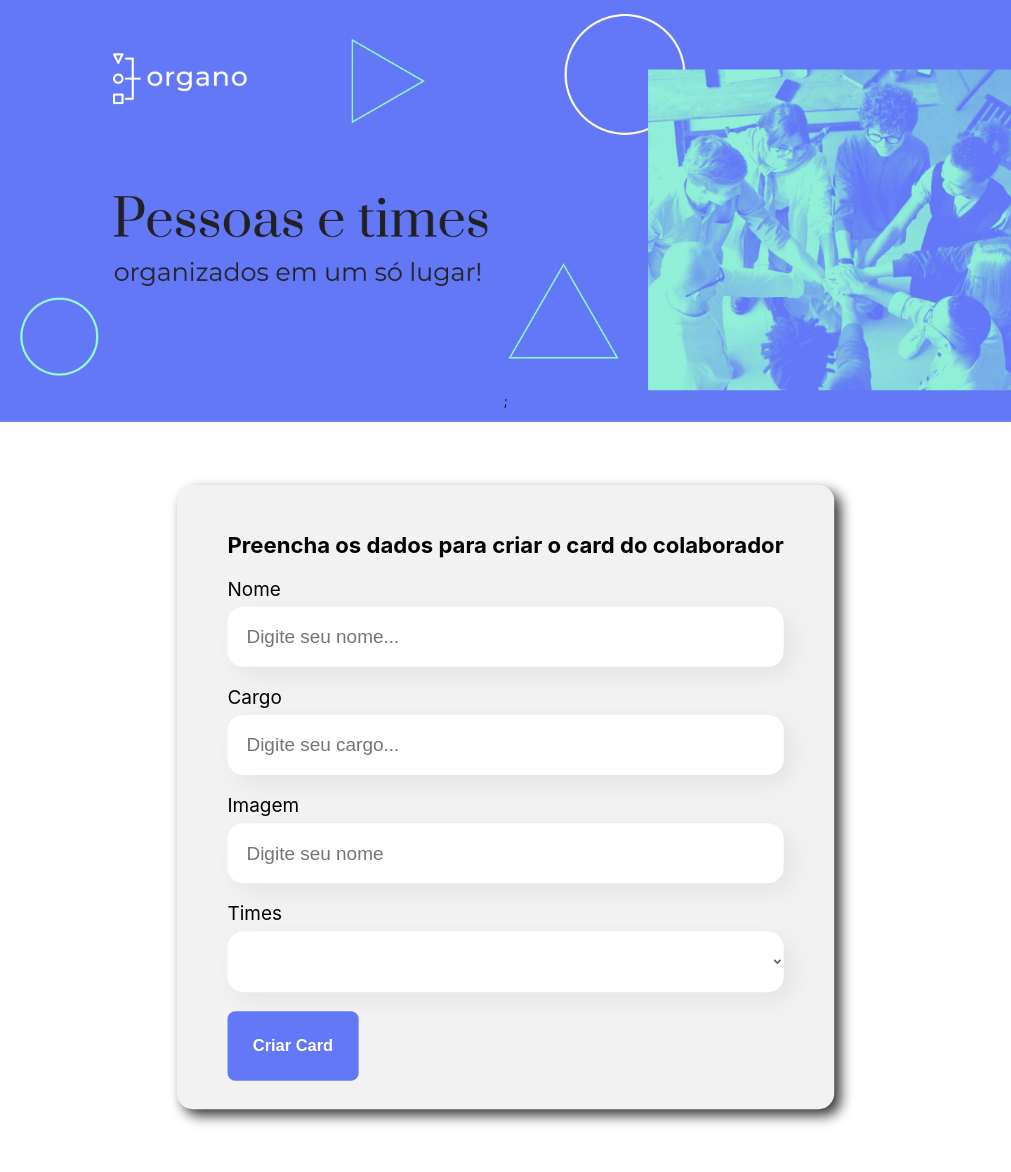
Repository: guilhermecardoso93/organo
Page: /
The author's editor kept a copy of each file at every save. The page is drawn from the files as they stood at one save, then again after the next save.
The browser window is 1280 px wide. The pictures show the whole page, at 79% of full size.
The project was rebuilt for these pictures with package versions that can differ from the ones it lists, and the page was loaded fresh each time.

Above is the page before, as saved 2024-05-26 18:29:47.

### src/App.js
import { Banner } from "./components/Banner";
import { Form } from "./components/Form";

export default function App() {
  return (
    <div>
      <Banner />
      <Form />
    </div>
  );
}

### src/components/Banner/index.js
import BannerBackground from "../../assets/imagens/banner.png";
import "./styles.css";

export function Banner() {
  return (
    <header className="background-banner">
      <img src={BannerBackground} alt="Banner Principal da Página da Orgona" />;
    </header>
  );
}

### src/components/Form/index.js
import { useState } from "react";

import { Button } from "../Button";
import { Input } from "../Input";
import { ListDropDown } from "../ListDropDown";

import "./styles.css";

export function Form() {
  const times = [
    "Programação",
    "Front-End",
    "Data Science",
    "Devops",
    "UX e Design",
    "Mobile",
    " Inovação e Gestão",
  ];

  const [name, setName] = useState("");
  const [cargo, setCargo] = useState("");
  const [imagem, setImagem] = useState("");
  const [teams, setTeams] = useState([]);

  function handleSubmit(event) {
    event.preventDefault();
    console.log(name, cargo, imagem, teams);
  }
  return (
    <section className="form">
      <form onSubmit={handleSubmit}>
        <h2>Preencha os dados para criar o card do colaborador</h2>
        <Input
          label="Nome"
          obrigatorio
          placeholder="Digite seu nome..."
          value={name}
          valueChange={(value) => setName(value)}
        />
        <Input
          label="Cargo"
          obrigatorio
          placeholder="Digite seu cargo..."
          value={cargo}
          valueChange={(value) => setCargo(value)}
        />
        <Input
          label="Imagem"
          obrigatorio
          placeholder="Digite seu nome"
          value={imagem}
          valueChange={(value) => setImagem(value)}
        />
        <ListDropDown
          itens={teams}
          label="Times"
          value={times}
          valueChange={(value) => setTeams(value)}
        />
        <Button> Criar Card</Button>
      </form>
    </section>
  );
}

### src/components/Banner/styles.css
.background-banner {
  background-color: #6278f7;
  text-align: center;
  padding-bottom: 1rem;
}

.background-banner img {
  max-width: 100%;
}

### src/components/Button/index.js
import "./styles.css";

export function Button(props) {
  return <button>{props.children}</button>;
}

### src/components/Input/index.js
import "./styles.css";

export function Input({ label, placeholder, obrigatorio, value, valueChange }) {
  function handleTap(event) {
    valueChange(event.target.value);
  }

  return (
    <div className="campo-texto">
      <label>{label}</label>
      <input
        placeholder={placeholder}
        required={obrigatorio}
        onChange={handleTap}
        value={value}
      />
    </div>
  );
}

### src/components/ListDropDown/index.js
import "./styles.css";

export function ListDropDown({ label, itens, value, valueChange,required }) {
  return (
    <div className='list-dropdown'>
      <label>{label}</label>
      <select
        required={required}
        value={value}
        onChange={event => valueChange(event.target.value)}
      >
        {itens.map((item, index) => {
          return <option key={index}>{item}</option>;
        })}
      </select>
    </div>
  );
}

### src/components/Form/styles.css
.form {
  display: flex;
  justify-content: center;
  margin: 80px 0;
}

.form form {
  max-width: 80%;
  background-color: #f2f2f2;
  border-radius: 20px;
  padding: 36px 64px;
  box-shadow: 8px 8px 16px rgba(0,0,0, 0.8);
}

h2 {
  font-size: 1.75rem;
}

### src/components/Button/styles.css
button {
  background-color: #6278f7;
  color: white;
  border: none;
  border-radius: 10px;
  font-size: 1.3rem;
  font-weight: bold;
  padding: 32px;
  cursor: pointer;
}

button:hover {
  background-color: white;
  color: #6278f7;
  border: 4px solid #6278f7;
  padding: 28px;
}

### src/components/Input/styles.css
.campo-texto {
  display: flex;
  flex-direction: column;
  margin: 24px 0;
}

.campo-texto label {
  display: block;
  margin-bottom: 8px;
  font-size: 24px;
  font-weight: semi-bold;
}

.campo-texto input {
  background-color: #fff;
  box-shadow: 10px 10px 30px rgba(0, 0, 0, 0.06);
  width: 100%;
  border: none;
  font-size: 24px;
  padding: 24px;
  box-sizing: border-box;
  border-radius: 20px;
}

### src/components/ListDropDown/styles.css
.list-dropdown {
  display: flex;
  flex-direction: column;
  margin: 24px 0;
}

.list-dropdown label {
  display: block;
  margin-bottom: 8px;
  font-size: 24px;
  font-weight: semi-bold;
}

.list-dropdown select {
  background-color: #fff;
  box-shadow: 10px 10px 30px rgba(0, 0, 0, 0.06);
  width: 100%;
  border: none;
  font-size: 24px;
  padding: 24px;
  box-sizing: border-box;
  border-radius: 20px;
  color: #615c5c;
}

Loaded but not shown: public/index.html (common file); src/index.js (common file); src/index.css (common file)

After the next save:
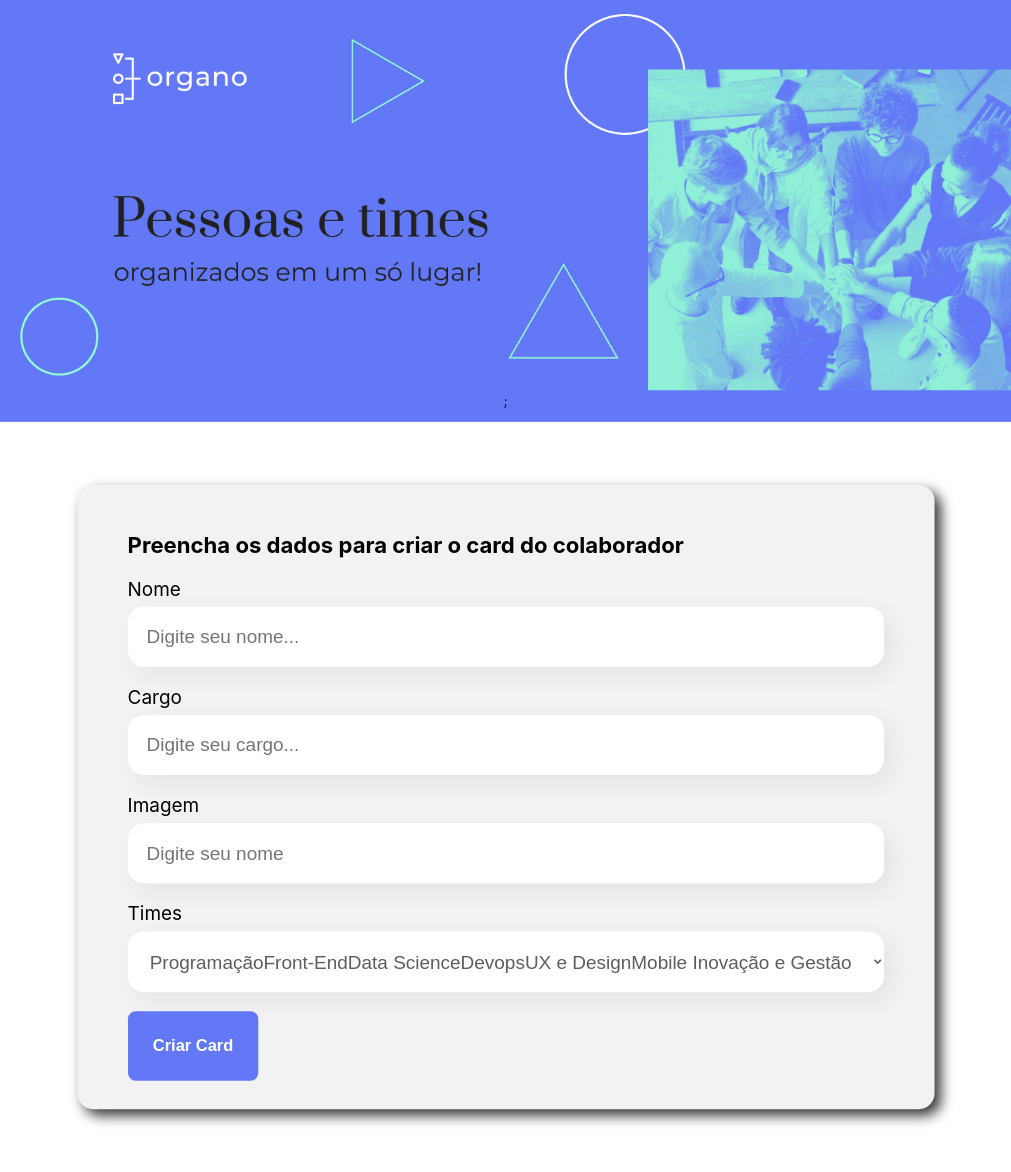
Saved 17 s later.
--- a/src/components/Form/index.js
+++ b/src/components/Form/index.js
@@ -20,7 +20,7 @@
   const [name, setName] = useState("");
   const [cargo, setCargo] = useState("");
   const [imagem, setImagem] = useState("");
-  const [teams, setTeams] = useState([]);
+  const [teams, setTeams] = useState([times]);
 
   function handleSubmit(event) {
     event.preventDefault();

After the 2 saves that followed:
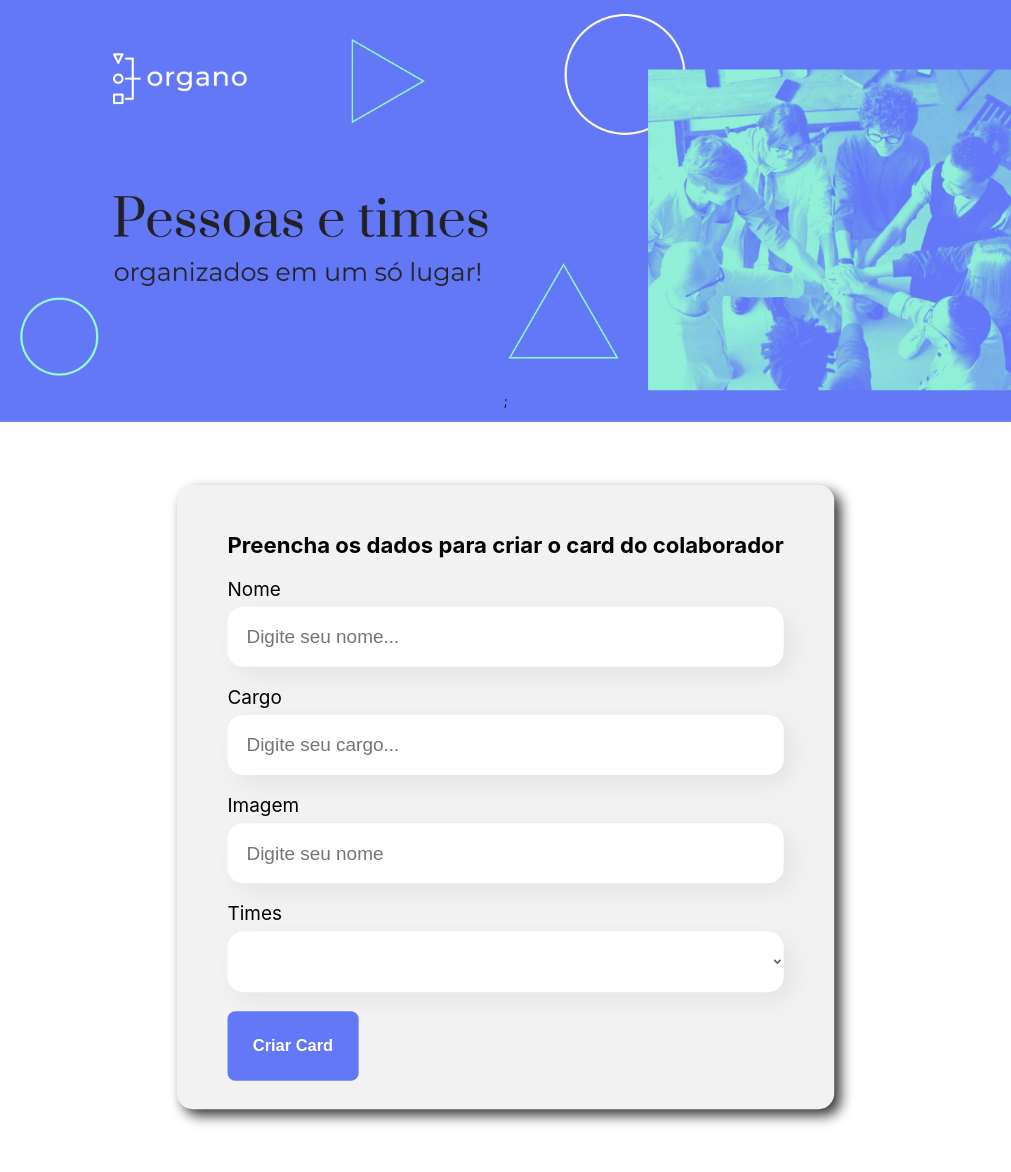
The 2 saves are shown as one change because 1 did not build or start.
The last was saved 52 s later.
--- a/src/components/Form/index.js
+++ b/src/components/Form/index.js
@@ -20,7 +20,7 @@
   const [name, setName] = useState("");
   const [cargo, setCargo] = useState("");
   const [imagem, setImagem] = useState("");
-  const [teams, setTeams] = useState([times]);
+  const [teams, setTeams] = useState([]);
 
   function handleSubmit(event) {
     event.preventDefault();
@@ -54,7 +54,7 @@
         <ListDropDown
           itens={teams}
           label="Times"
-          value={times}
+          value={teams}
           valueChange={(value) => setTeams(value)}
         />
         <Button> Criar Card</Button>
